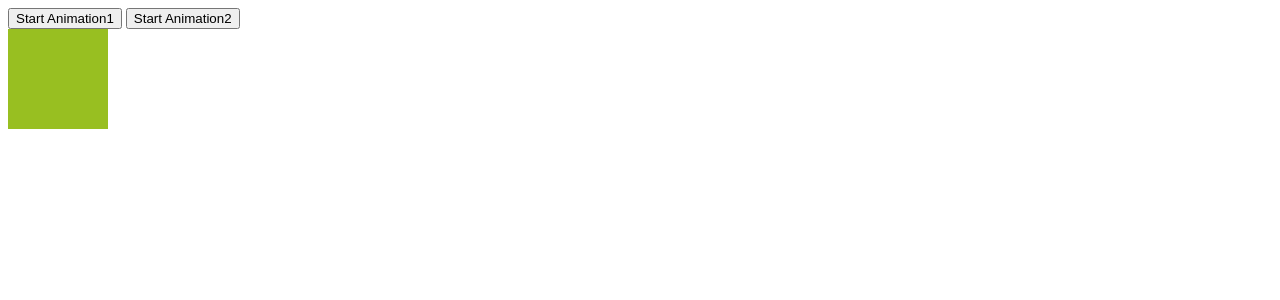
Repository: sudheerj/jQuery
Page: jQueryExamples/chapter05/Wrap.html
These files come from the project's save history. The page is drawn as it stood at one moment and after a run of saves; the edit follows.
The browser window is 1280 px wide. The pictures show the whole page.

Above is the page before, as saved 2016-10-21 14:59:53.

### jQueryExamples/chapter05/Wrap.html
<!DOCTYPE html>
<html>
<head>
	<title>jQuery Animate</title>
	<script type="text/javascript" src="..\jquery\jquery-3.1.1.min.js"></script>
	<script>
$(document).ready(function(){
	 $("#button1").click(function(){
        $("#div1").animate({
            left: '250px',
            height: '+=150px',
            width: '+=150px'
        });
    });

    $("#button2").click(function(){
        var div = $("#div2");
        div.animate({height: '300px', opacity: '0.4'}, "slow");
        div.animate({width: '300px', opacity: '0.8'}, "slow");
        div.animate({height: '100px', opacity: '0.4'}, "slow");
        div.animate({width: '100px', opacity: '0.8'}, "slow");
    });
});
</script>
</head>
<body>

<button id="button1">Start Animation1</button>
<button id="button2">Start Animation2</button>

<div id="div1" style="background:#98bf21;height:100px;width:100px;position:absolute;"></div>
<div id="div2" style="background:#98bf21;height:100px;width:100px;position:absolute;"></div>
</body>
</html>

Loaded but not shown: jQueryExamples/jquery/jquery-3.1.1.min.js (library)

After the next 2 saves:
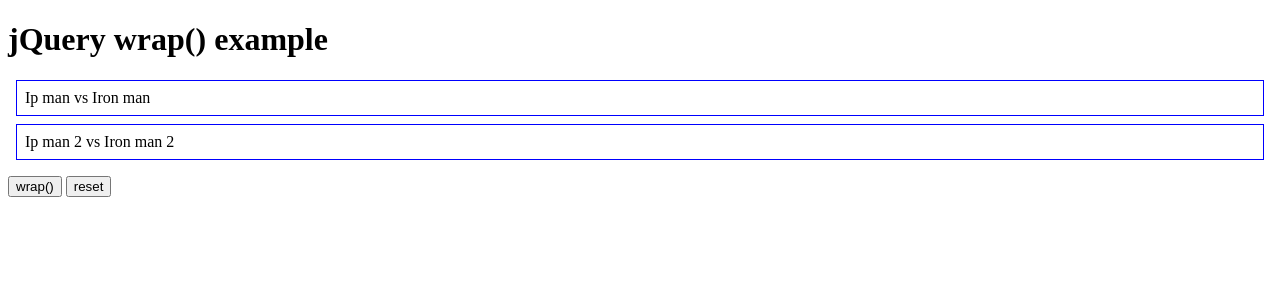
The 2 saves are shown as one change because they came seconds apart.
The last was saved 4 min 26 s later.
--- a/jQueryExamples/chapter05/Wrap.html
+++ b/jQueryExamples/chapter05/Wrap.html
@@ -1,34 +1,53 @@
 <!DOCTYPE html>
 <html>
-<head>
-	<title>jQuery Animate</title>
-	<script type="text/javascript" src="..\jquery\jquery-3.1.1.min.js"></script>
-	<script>
-$(document).ready(function(){
-	 $("#button1").click(function(){
-        $("#div1").animate({
-            left: '250px',
-            height: '+=150px',
-            width: '+=150px'
-        });
-    });
+	<head>
+		<title>jQuery Animate</title>
+		<script type="text/javascript" src="..\jquery\jquery-3.1.1.min.js"></script>
+		<style type="text/css">
+			.innerBox {
+				padding: 8px;
+				border: 1px solid blue;
+				margin: 8px;
+			}
+			.wrapBox {
+				padding: 8px;
+				border: 1px solid red;
+				margin: 8px;
+			}
+		</style>
 
-    $("#button2").click(function(){
-        var div = $("#div2");
-        div.animate({height: '300px', opacity: '0.4'}, "slow");
-        div.animate({width: '300px', opacity: '0.8'}, "slow");
-        div.animate({height: '100px', opacity: '0.4'}, "slow");
-        div.animate({width: '100px', opacity: '0.8'}, "slow");
-    });
-});
-</script>
-</head>
-<body>
+	</head>
+	<body>
+		<h1>jQuery wrap() example</h1>
 
-<button id="button1">Start Animation1</button>
-<button id="button2">Start Animation2</button>
+		<div class="innerBox">
+			Ip man vs Iron man
+		</div>
 
-<div id="div1" style="background:#98bf21;height:100px;width:100px;position:absolute;"></div>
-<div id="div2" style="background:#98bf21;height:100px;width:100px;position:absolute;"></div>
-</body>
+		<div class="innerBox">
+			Ip man 2 vs Iron man 2
+		</div>
+
+		<p>
+			<button id="wrapButton">
+				wrap()
+			</button>
+			<button id="reset">
+				reset
+			</button>
+		</p>
+
+		<script type="text/javascript">
+			$("#wrapButton").click(function() {
+
+				$('.innerBox').wrap("<div class='wrapBox'></div>");
+
+			});
+
+			$("#reset").click(function() {
+				location.reload();
+			});
+
+		</script>
+	</body>
 </html>
